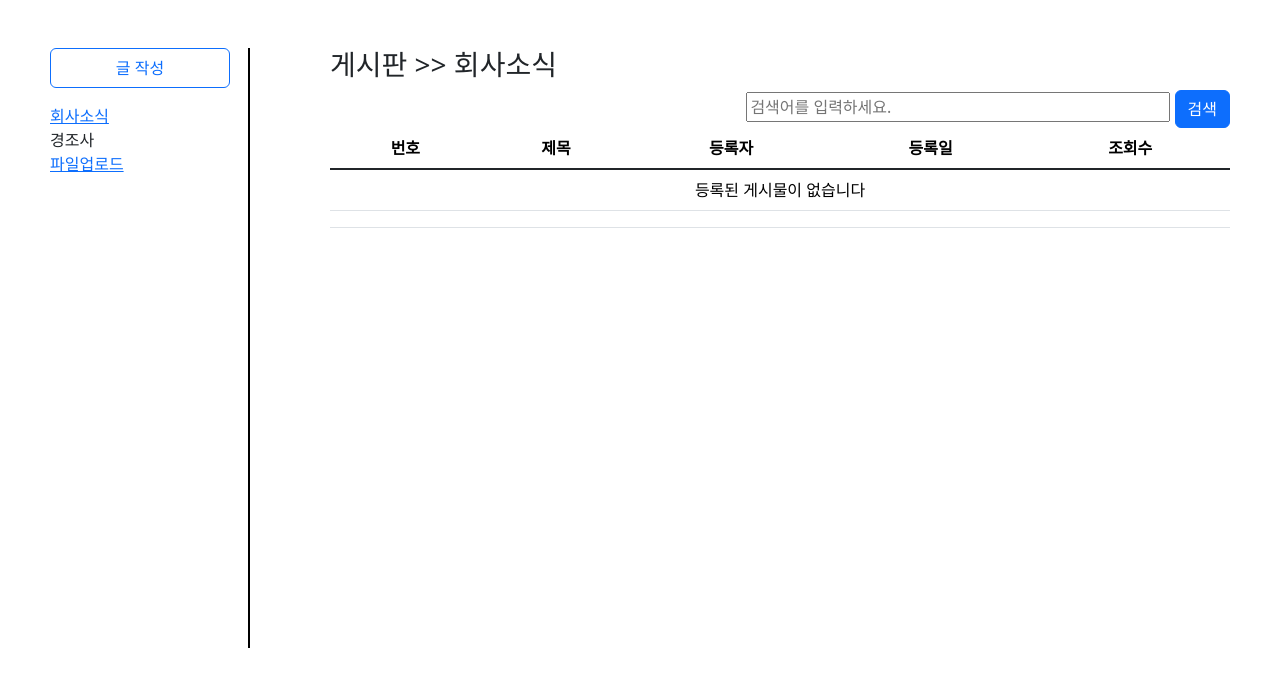
Repository: KimDongGyuu/final
Page: http://localhost/aceworks/WEB-INF/views/company_news/company_news_List.jsp
The author's editor kept a copy of each file at every save. The page is drawn from the files as they stood at one save, then again after the next save.
The browser window is 1280 px wide. The pictures show the whole page.
The page is served by Tomcat 9. Nobody is signed in. The template is opened directly, without the code that normally fills it, so the values that code supplies are empty.

Above is the page before, as saved 2024-03-17 03:58:45.

After the next save:
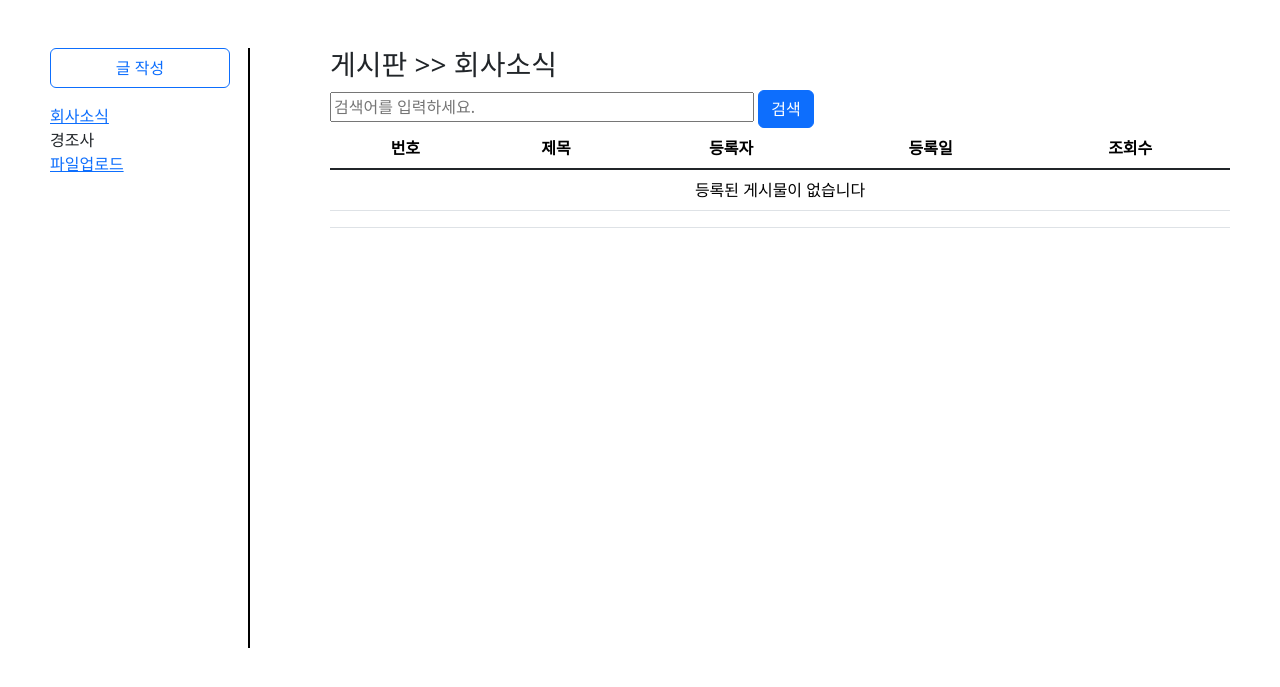
Saved 59 s later.
--- a/aceworks/src/main/webapp/WEB-INF/views/company_news/company_news_List.jsp
+++ b/aceworks/src/main/webapp/WEB-INF/views/company_news/company_news_List.jsp
@@ -44,7 +44,7 @@
 		</div>
 		<div id="right">
 		<div class="mt-5 mb-2"><span class="h3">게시판 &gt;&gt; 회사소식</span></div>
-<div class="mt-2 d-flex gap-2 justify-content-end">
+<div class="mt-2  justify-content-end">
     <form action="company_newsSearch.do">
         <input type="text" id="searchKeyword" name="keyword" placeholder="검색어를 입력하세요." size="40" style="height: 30px;">
         <button id="Sbt" type="submit" class="btn btn btn-primary">검색</button>

After the save that followed:
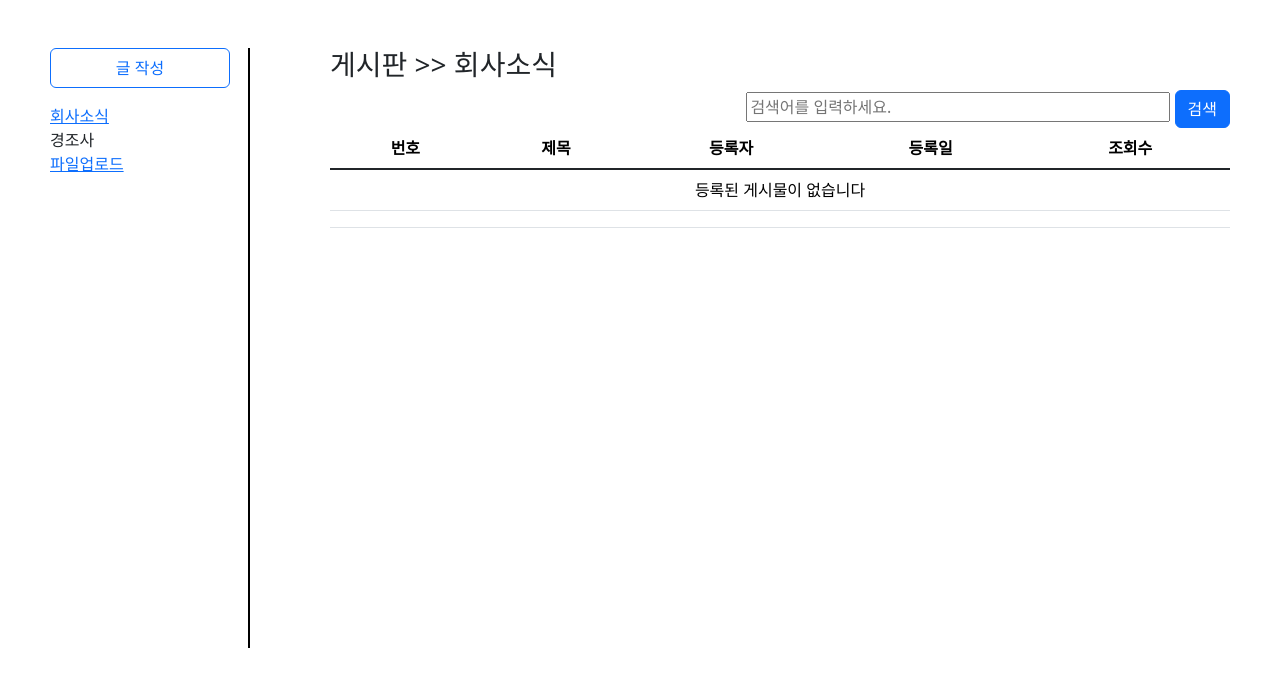
Saved 19 s later.
--- a/aceworks/src/main/webapp/WEB-INF/views/company_news/company_news_List.jsp
+++ b/aceworks/src/main/webapp/WEB-INF/views/company_news/company_news_List.jsp
@@ -44,7 +44,7 @@
 		</div>
 		<div id="right">
 		<div class="mt-5 mb-2"><span class="h3">게시판 &gt;&gt; 회사소식</span></div>
-<div class="mt-2  justify-content-end">
+<div class="d-flex gap-2 justify-content-end">
     <form action="company_newsSearch.do">
         <input type="text" id="searchKeyword" name="keyword" placeholder="검색어를 입력하세요." size="40" style="height: 30px;">
         <button id="Sbt" type="submit" class="btn btn btn-primary">검색</button>
